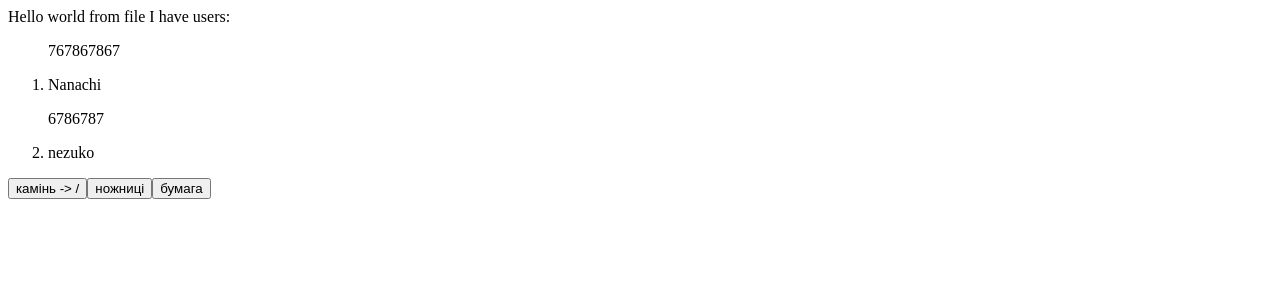
Repository: yevheniir/python_course_2020
Page: http://localhost/
The author's editor kept a copy of each file at every save. The page is drawn from the files as they stood at one save, then again after a run of saves.
The browser window is 1280 px wide. The pictures show the whole page.
The page is served by the project's application, run on Flask 3 (l4/app.py). Other server files are loaded and not shown.

Above is the page before, as saved 2020-06-27 18:58:18.

### l4/templates/index.html
Hello world from file

I have users:

<ol>
{% for user in users %}
    <p>{{user.id}}</p>
    <li>{{user.name}}</li>
{% endfor %}
</ol>


<button>камінь  -> /
<button>ножниці
<button>бумага

### l4/app.py
from flask import Flask
from flask import jsonify
from flask import render_template

app = Flask(__name__)
# ////////////////////////////////////////////

users_obj = [{"id": 767867867, "name": "Nanachi"}, {"id": 6786787, "name": "nezuko"}]


@app.route('/')  #контролер
def nanachi():
    return render_template("index.html", users=users_obj)


@app.route('/users')  #контролер
def users():
    return jsonify(users_obj)



# ////////////////////////////////////////////
if __name__ == '__main__':
    app.run()

After the next 3 saves:
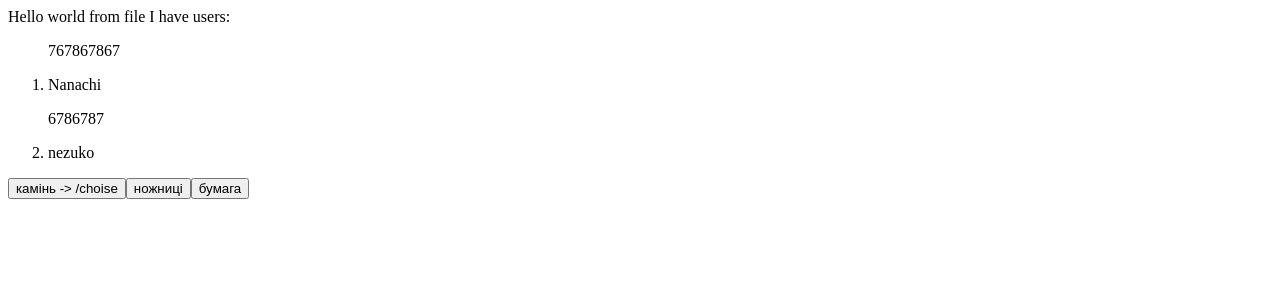
The 3 saves are shown as one change because they came seconds apart.
The last was saved 7 s later.
--- a/l4/templates/index.html
+++ b/l4/templates/index.html
@@ -10,6 +10,6 @@ I have users:
 </ol>
 
 
-<button>камінь  -> /
+<button>камінь  -> /choise
 <button>ножниці
 <button>бумага
